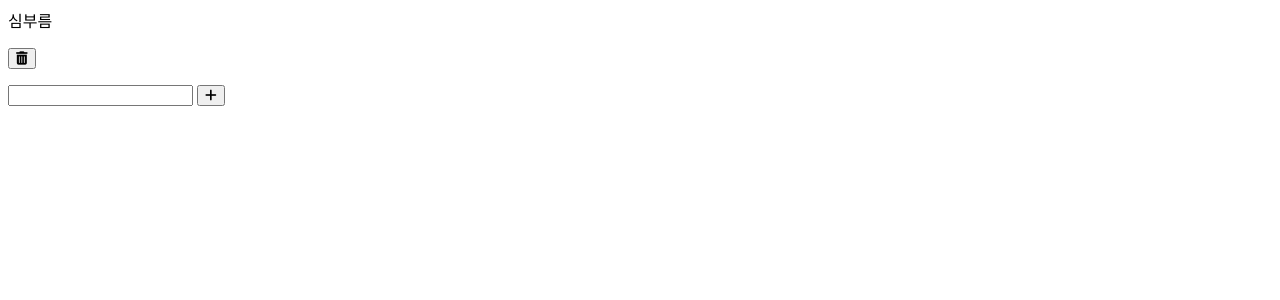
Repository: GoodHoneyCake/Dream_Coding_Academy5
Page: shopping_list/index.html
An editor plug-in stored every save of this project. The page is shown before and after the next save, followed by the edit.
The browser window is 1280 px wide. The pictures show the whole page.
Some web libraries are served in a nearby version.

Above is the page before, as saved 2021-01-29 18:02:13.
Console error: TypeError: Cannot read properties of null (reading 'addEventListener')

After the next save:
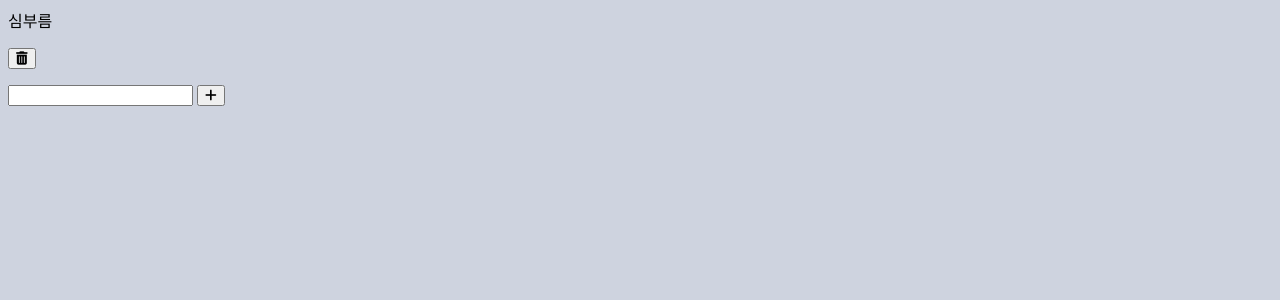
Saved 11 s later.
--- a/shopping_list/style.css
+++ b/shopping_list/style.css
@@ -5,3 +5,6 @@
 ul {
   padding: 0;
 }
+body {
+  background-color: #ced3df;
+}
